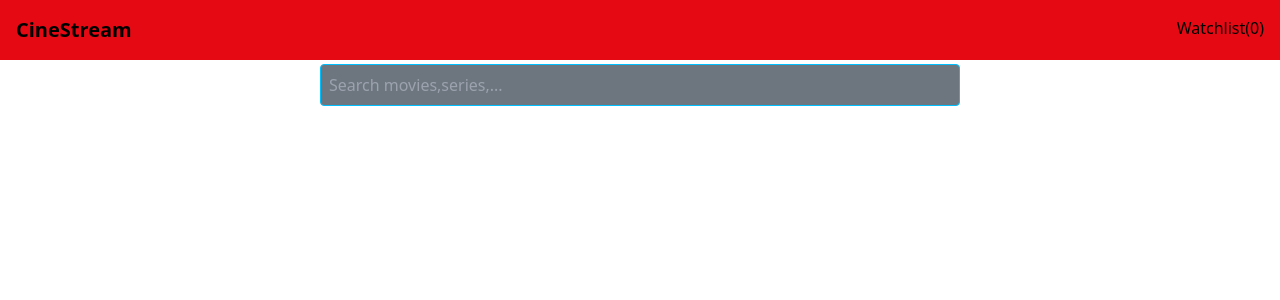
Repository: Reshmashameem31/Cine-Stream
Page: / (app in movie-project/)
The author's editor kept a copy of each file at every save. The page is drawn from the files as they stood at one save, then again after the next save.
The browser window is 1280 px wide. The pictures show the whole page.
The project was rebuilt for these pictures with package versions that can differ from the ones it lists, and the page was loaded fresh each time. Also part of the build but not shown: movie-project/vite.config.js, movie-project/src/pages/WatchList.jsx.

Above is the page before, as saved 2025-08-15 17:45:46.

### movie-project/src/App.jsx
import {BrowserRouter,Routes,Route} from 'react-router-dom'

import { useState } from 'react'
import Navbar from './pages/Navbar'
import Watchlist from './pages/WatchList'
import Home from './pages/Home'
function App() {
  const [count, setCount] = useState(0)

  return (

    <BrowserRouter>

    <Navbar/>
    <Routes>
      <Route path='/' element={<Home/>}></Route>
        <Route path='/watchlist' element={<Watchlist/>}></Route>
    </Routes>
    </BrowserRouter>
  )
}

export default App

### movie-project/src/pages/Navbar.jsx
import React from 'react'
import { Link } from 'react-router-dom'

const Navbar = () => {
  return (
    <nav className='p-4 bg-[#E50914] text-[#]  flex justify-between fixed w-full top-0'>
      <Link to="/" className='font-bold text-xl hover:text-[#00E5FF] '>CineStream</Link>
      <Link to="/watchlist" className='text-l hover:text-[#00E5FF]'>Watchlist(0)</Link>
    </nav>
  )
}

export default Navbar

### movie-project/src/pages/Home.jsx
import React from 'react'

const Home = () => {
  return (
    <div className='p-4 pt-16 '>
        <input type='text' placeholder='Search movies,series,...'
         className='p-2 w-3/4 md:w-1/2 border rounded border-[#00BFFF]
          bg-[#0D1B2A] bg-opacity-60 backdrop-blur-md text-white fixed  left-1/4  top-16' />
        <div className='movies-container'></div>
        <div className='pagination-container'></div>

    </div>
  )
}

export default Home

Loaded but not shown: movie-project/index.html (common file); movie-project/src/main.jsx (common file); movie-project/src/index.css (common file); movie-project/tailwind.config.js (common file)

After the next save:
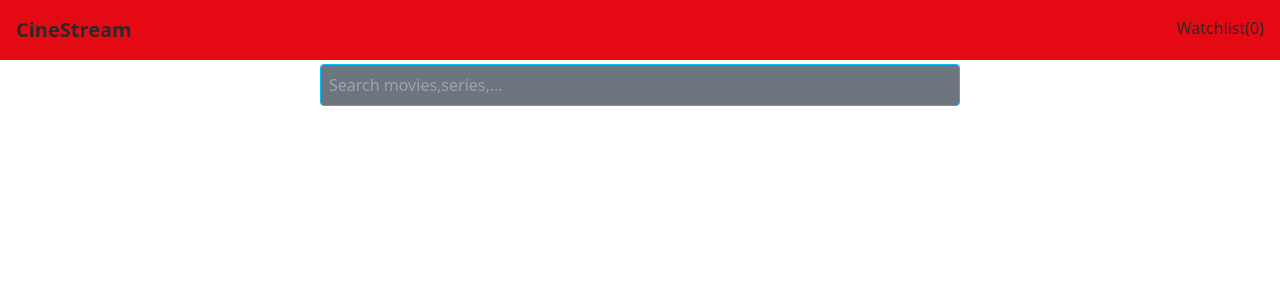
Saved 5 s later.
--- a/movie-project/src/pages/Navbar.jsx
+++ b/movie-project/src/pages/Navbar.jsx
@@ -3,7 +3,7 @@ import { Link } from 'react-router-dom'
 
 const Navbar = () => {
   return (
-    <nav className='p-4 bg-[#E50914] text-[#]  flex justify-between fixed w-full top-0'>
+    <nav className='p-4 bg-[#E50914] text-[#2A2A2A]  flex justify-between fixed w-full top-0'>
       <Link to="/" className='font-bold text-xl hover:text-[#00E5FF] '>CineStream</Link>
       <Link to="/watchlist" className='text-l hover:text-[#00E5FF]'>Watchlist(0)</Link>
     </nav>
